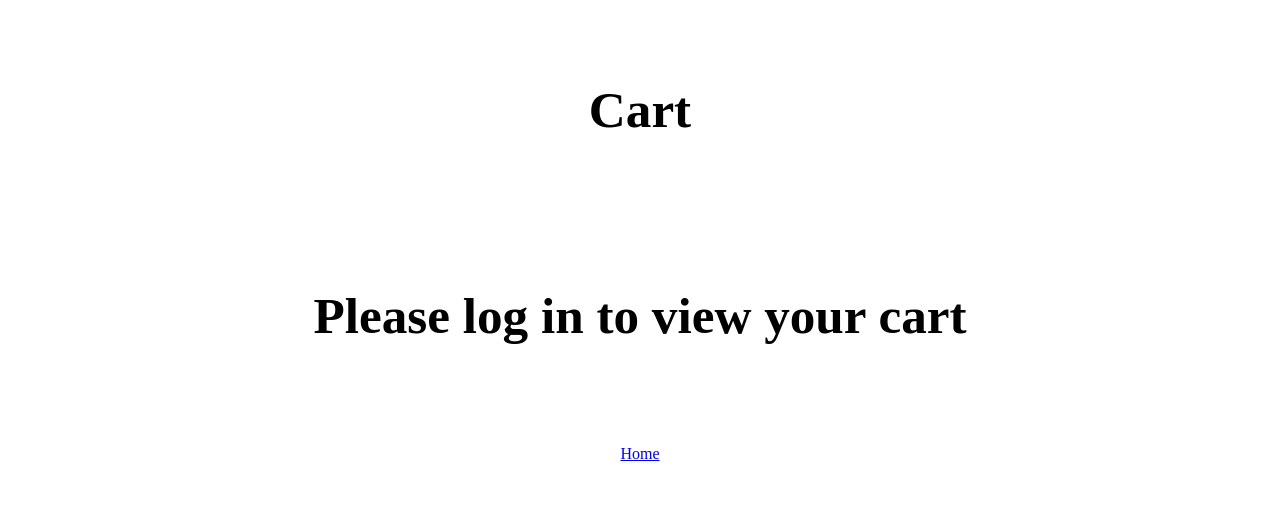
Repository: Andres513/CapStone
Page: /cart
These files come from the project's save history. The page is drawn as it stood at one moment and after the next save; the edit follows.
The browser window is 1280 px wide. The pictures show the whole page.
The project was rebuilt for these pictures with package versions that can differ from the ones it lists, and the page was loaded fresh each time. Also part of the build but not shown: vite.config.js, src/components/Login.jsx, src/components/Categories.jsx, src/components/FetchProducts.jsx, src/components/SingleProduct.jsx, src/components/ProductsByCategory.jsx, src/components/LoggedOut.jsx, src/components/Checkout.jsx.

Above is the page before, as saved 2024-04-11 11:04:10.

After the next save:
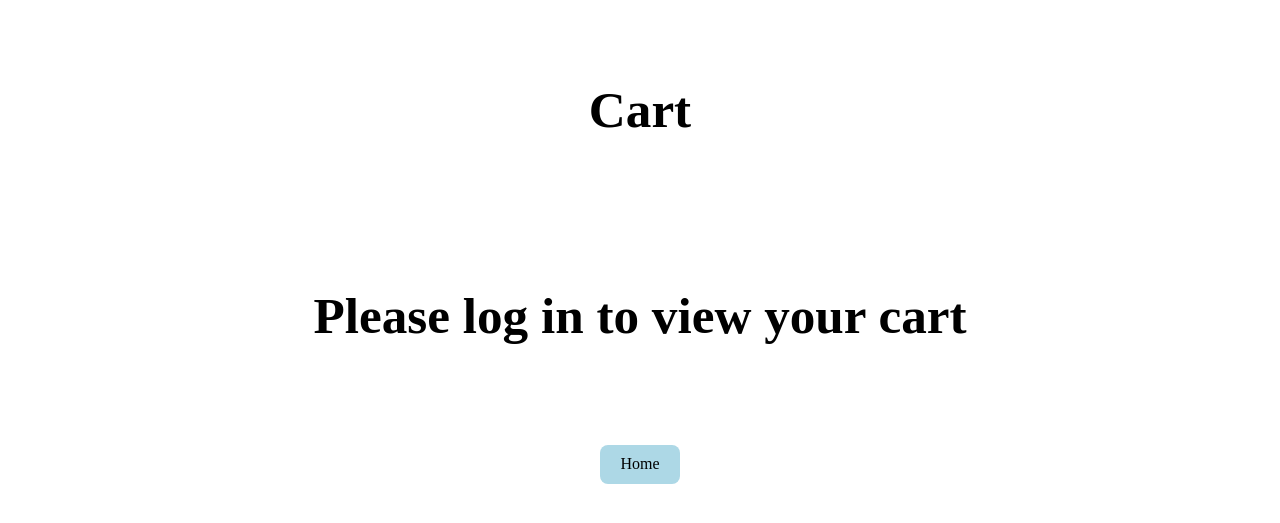
Saved 32 s later.
--- a/src/components/Cart.jsx
+++ b/src/components/Cart.jsx
@@ -59,7 +59,7 @@ export default function Cart({ isLoggedIn }) {
                 <h1 className="login-prompt">Please log in to view your cart</h1>
 
             )}
-            <Link to="/">Home</Link>
+            <Link to="/"><button>Home</button></Link>
         </div>
     );
 
